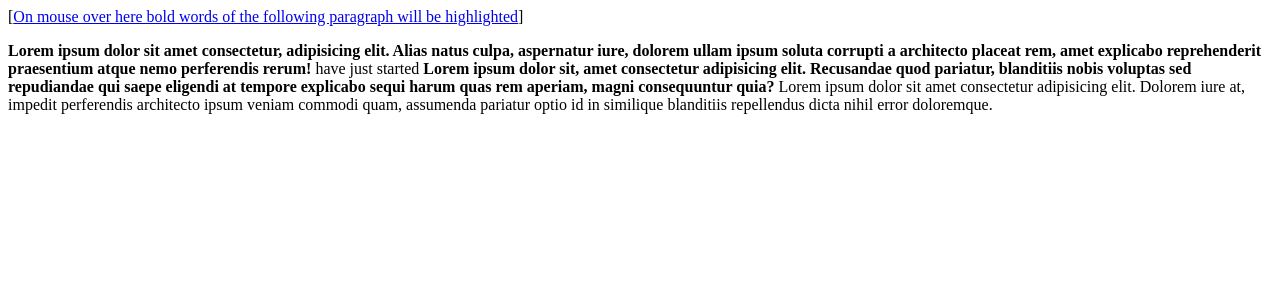
Repository: HoangDuy315/web-dev2022
Page: hw151022/ex2/ex2.5/index.html
These files come from the project's save history. The page is drawn as it stood at one moment and after the next save; the edit follows.
The browser window is 1280 px wide. The pictures show the whole page.

Above is the page before, as saved 2022-10-15 15:27:33.

### hw151022/ex2/ex2.5/index.html
<html lang="en">
  <head>
    <meta charset="UTF-8" />
    <meta http-equiv="X-UA-Compatible" content="IE=edge" />
    <meta name="viewport" content="width=device-width, initial-scale=1.0" />
    <title>Document</title>
  </head>
  <body>
    <p>
      [<a href="#" onMouseOver="highlight()" onMouseOut="return_normal()"
        >On mouse over here bold words of the following paragraph will be
        highlighted</a
      >]
    </p>
    <p>
      <strong
        >Lorem ipsum dolor sit amet consectetur, adipisicing elit. Alias natus
        culpa, aspernatur iure, dolorem ullam ipsum soluta corrupti a architecto
        placeat rem, amet explicabo reprehenderit praesentium atque nemo
        perferendis rerum!</strong
      >
      have just started
      <strong
        >Lorem ipsum dolor sit, amet consectetur adipisicing elit. Recusandae
        quod pariatur, blanditiis nobis voluptas sed repudiandae qui saepe
        eligendi at tempore explicabo sequi harum quas rem aperiam, magni
        consequuntur quia?</strong
      >
      Lorem ipsum dolor sit amet consectetur adipisicing elit. Dolorem iure at,
      impedit perferendis architecto ipsum veniam commodi quam, assumenda
      pariatur optio id in similique blanditiis repellendus dicta nihil error
      doloremque.
    </p>
  </body>

  <script src="./index.js"></script>
</html>

### hw151022/ex2/ex2.5/index.js
var bold_Items;
window.onload = getBold_items();

// Collect all <strong> tags
function getBold_items() {
  bold_Items = document.getElementsByTagName("strong");
}
// iterate all bold tags and change color
function highlight() {
  for (var i = 0; i < bold_Items.length; i++) {
    bold_Items[i].style.color = "green";
  }
}

// On mouse out highlighted words become black
function return_normal() {
  for (var i = 0; i < bold_Items.length; i++) {
    bold_Items[i].style.color = "black";
  }
}

After the next save:
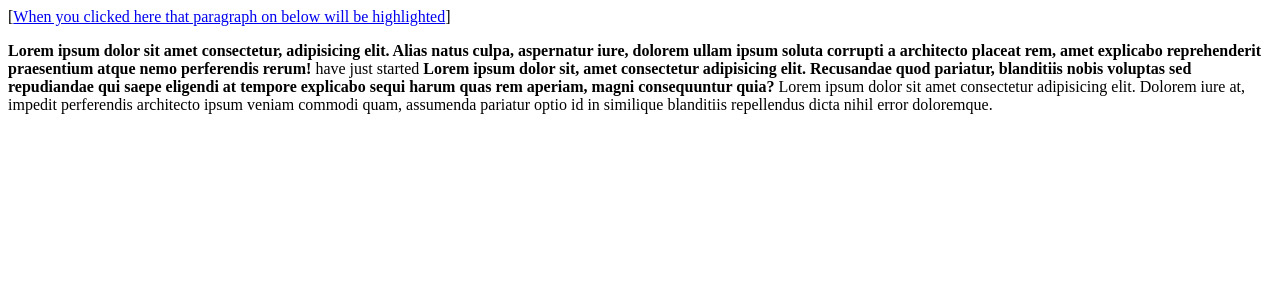
Saved 38 s later.
--- a/hw151022/ex2/ex2.5/index.html
+++ b/hw151022/ex2/ex2.5/index.html
@@ -8,8 +8,7 @@
   <body>
     <p>
       [<a href="#" onMouseOver="highlight()" onMouseOut="return_normal()"
-        >On mouse over here bold words of the following paragraph will be
-        highlighted</a
+        >When you clicked here that paragraph on below will be highlighted</a
       >]
     </p>
     <p>
